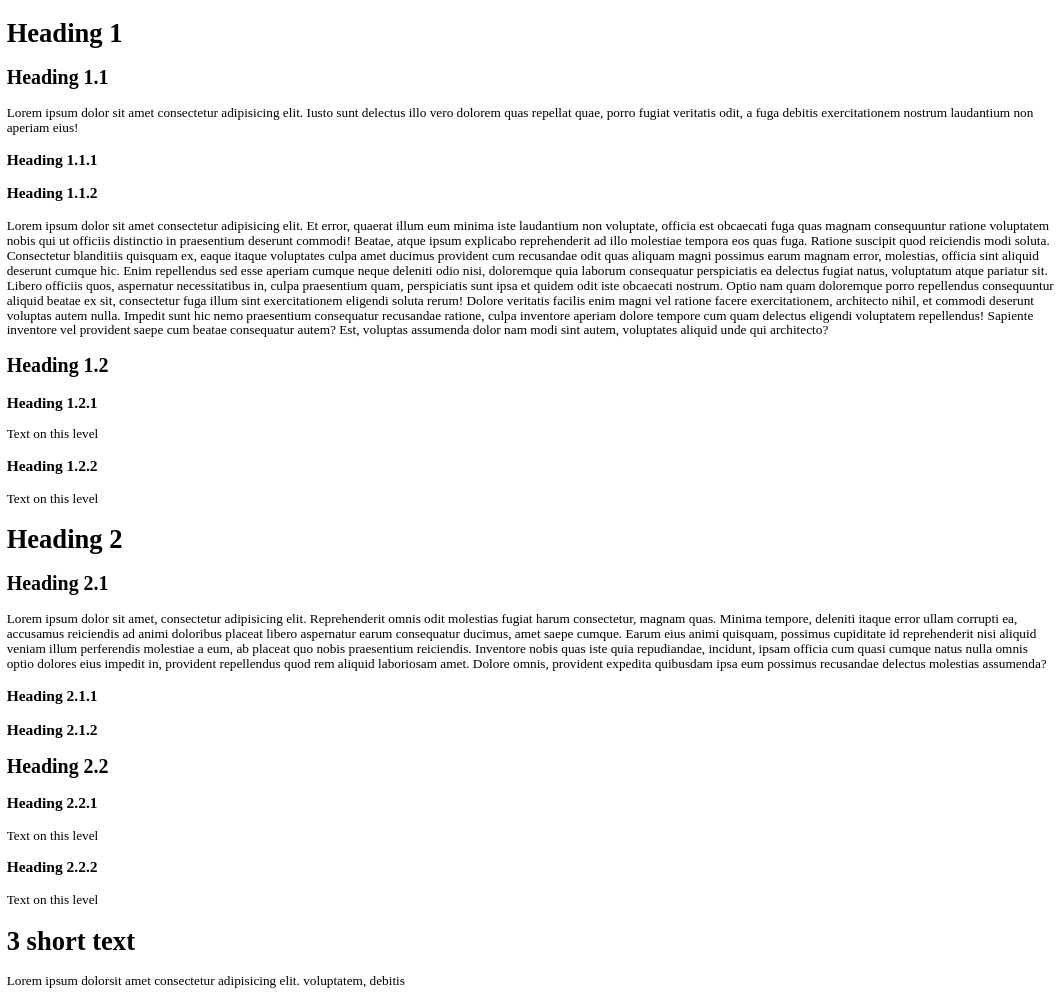
Repository: sammkrt/saltPrecourse
Page: html-trainingGround/index.html
These files come from the project's save history. The page is drawn as it stood at one moment and after the next save; the edit follows.
The browser window is 1280 px wide. The pictures show the whole page, at 83% of full size.

Above is the page before, as saved 2022-12-15 14:49:30.

### html-trainingGround/index.html
<!DOCTYPE html>
<html lang="en">
<head>
    <meta charset="UTF-8">
    <meta http-equiv="X-UA-Compatible" content="IE=edge">
    <meta name="viewport" content="width=device-width, initial-scale=1.0">
    <title>SALT HTML Training Ground</title>
</head>
<body>
    <h1>Heading 1</h1>
    <h2>Heading 1.1</h2>
    <p>Lorem ipsum dolor sit amet consectetur adipisicing elit. Iusto sunt delectus illo vero dolorem quas repellat quae, porro fugiat veritatis odit, a fuga debitis exercitationem nostrum laudantium non aperiam eius!</p>
    <h3>Heading 1.1.1</h3>
    <h3>Heading 1.1.2</h3>
    <p>Lorem ipsum dolor sit amet consectetur adipisicing elit. Et error, quaerat illum eum minima iste laudantium non voluptate, officia est obcaecati fuga quas magnam consequuntur ratione voluptatem nobis qui ut officiis distinctio in praesentium deserunt commodi! Beatae, atque ipsum explicabo reprehenderit ad illo molestiae tempora eos quas fuga. Ratione suscipit quod reiciendis modi soluta. Consectetur blanditiis quisquam ex, eaque itaque voluptates culpa amet ducimus provident cum recusandae odit quas aliquam magni possimus earum magnam error, molestias, officia sint aliquid deserunt cumque hic. Enim repellendus sed esse aperiam cumque neque deleniti odio nisi, doloremque quia laborum consequatur perspiciatis ea delectus fugiat natus, voluptatum atque pariatur sit. Libero officiis quos, aspernatur necessitatibus in, culpa praesentium quam, perspiciatis sunt ipsa et quidem odit iste obcaecati nostrum. Optio nam quam doloremque porro repellendus consequuntur aliquid beatae ex sit, consectetur fuga illum sint exercitationem eligendi soluta rerum! Dolore veritatis facilis enim magni vel ratione facere exercitationem, architecto nihil, et commodi deserunt voluptas autem nulla. Impedit sunt hic nemo praesentium consequatur recusandae ratione, culpa inventore aperiam dolore tempore cum quam delectus eligendi voluptatem repellendus! Sapiente inventore vel provident saepe cum beatae consequatur autem? Est, voluptas assumenda dolor nam modi sint autem, voluptates aliquid unde qui architecto?</p>
    <h2>Heading 1.2</h2>
    <h3 id="first heading">Heading 1.2.1</h3>
    Text on this level
    <h3 id="second heading">Heading 1.2.2</h3>
    Text on this level
    <h1 class="large important">Heading 2</h1>
    <h2>Heading 2.1</h2>
    <p>Lorem ipsum dolor sit amet, consectetur adipisicing elit. Reprehenderit omnis odit molestias fugiat harum consectetur, magnam quas. Minima tempore, deleniti itaque error ullam corrupti ea, accusamus reiciendis ad animi doloribus placeat libero aspernatur earum consequatur ducimus, amet saepe cumque. Earum eius animi quisquam, possimus cupiditate id reprehenderit nisi aliquid veniam illum perferendis molestiae a eum, ab placeat quo nobis praesentium reiciendis. Inventore nobis quas iste quia repudiandae, incidunt, ipsam officia cum quasi cumque natus nulla omnis optio dolores eius impedit in, provident repellendus quod rem aliquid laboriosam amet. Dolore omnis, provident expedita quibusdam ipsa eum possimus recusandae delectus molestias assumenda?</p>
    <h3>Heading 2.1.1</h3>
    <h3>Heading 2.1.2</h3>
    <h2>Heading 2.2</h2>
    <h3>Heading 2.2.1</h3>
    Text on this level
    <h3>Heading 2.2.2</h3>
    Text on this level
</body>

<body>
    <h1> 3 short text</h1>
    <div>Lorem ipsum <span>dolor</span>sit amet consectetur adipisicing elit. voluptatem, debitis</div>
</body>
</html>

After the next save:
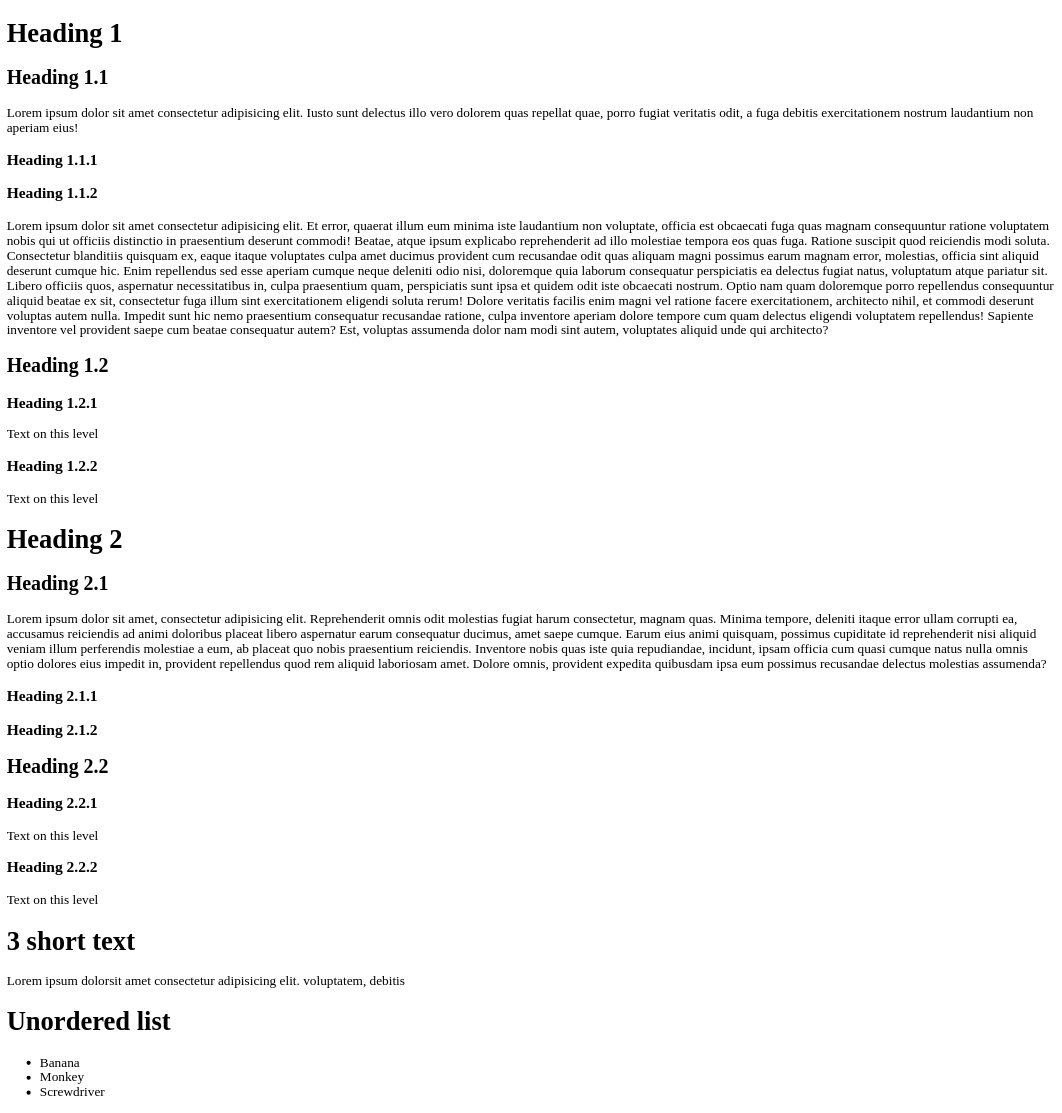
Saved 2 min 23 s later.
--- a/html-trainingGround/index.html
+++ b/html-trainingGround/index.html
@@ -34,4 +34,14 @@
     <h1> 3 short text</h1>
     <div>Lorem ipsum <span>dolor</span>sit amet consectetur adipisicing elit. voluptatem, debitis</div>
 </body>
+
+
+<body>
+        <h1>Unordered list</h1>
+        <ul>
+            <li>Banana</li>
+            <li>Monkey</li>
+            <li>Screwdriver</li>
+        </ul>
+</body>
 </html>
